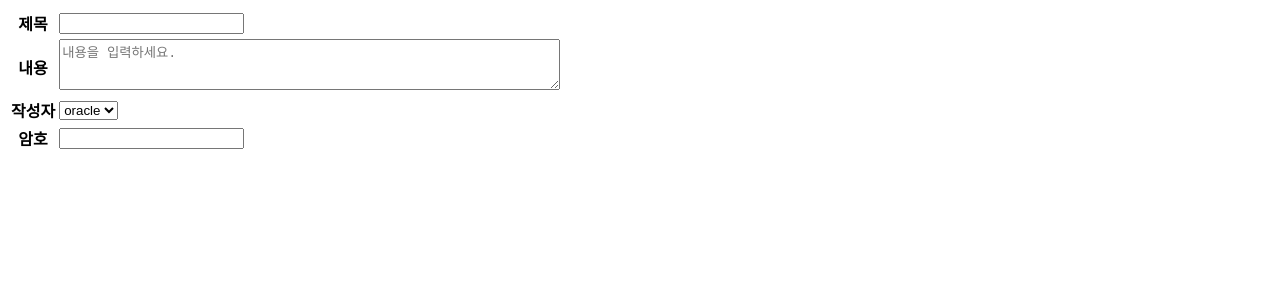
Repository: younseochoi/AI_PLATFORM
Page: my_code/03_web/html/src/main/webapp/boardwrite.html
The author's editor kept a copy of each file at every save. The page is drawn from the files as they stood at one save, then again after a run of saves.
The browser window is 1280 px wide. The pictures show the whole page.

Above is the page before, as saved 2022-07-22 08:00:11.

After the next 2 saves:
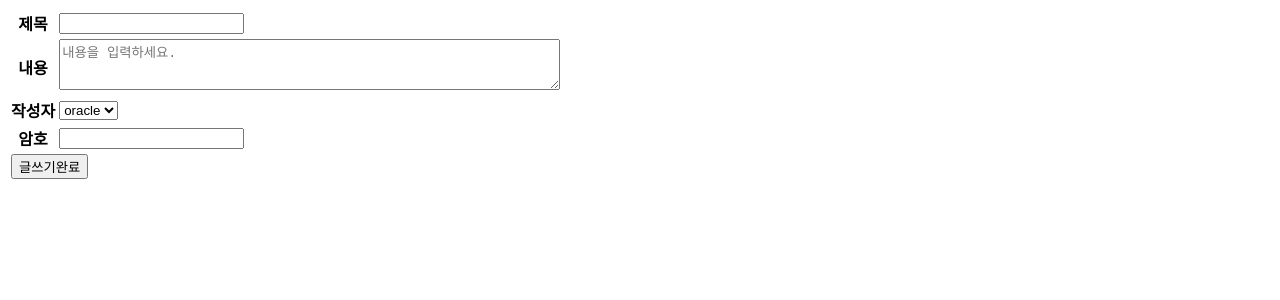
The 2 saves are shown as one change because they came seconds apart.
The last was saved 29 s later.
--- a/my_code/03_web/html/src/main/webapp/boardwrite.html
+++ b/my_code/03_web/html/src/main/webapp/boardwrite.html
@@ -19,7 +19,7 @@
 			</td>
 		</tr>
 		<tr><th>암호</th><td><input type="password" name="pw"></td></tr>
-		<tr><td colspan="2"></td></tr>
+		<tr><td colspan="2"><input type="submit" value="글쓰기완료"></td></tr>
 	</table>
 </div>
 </body>
